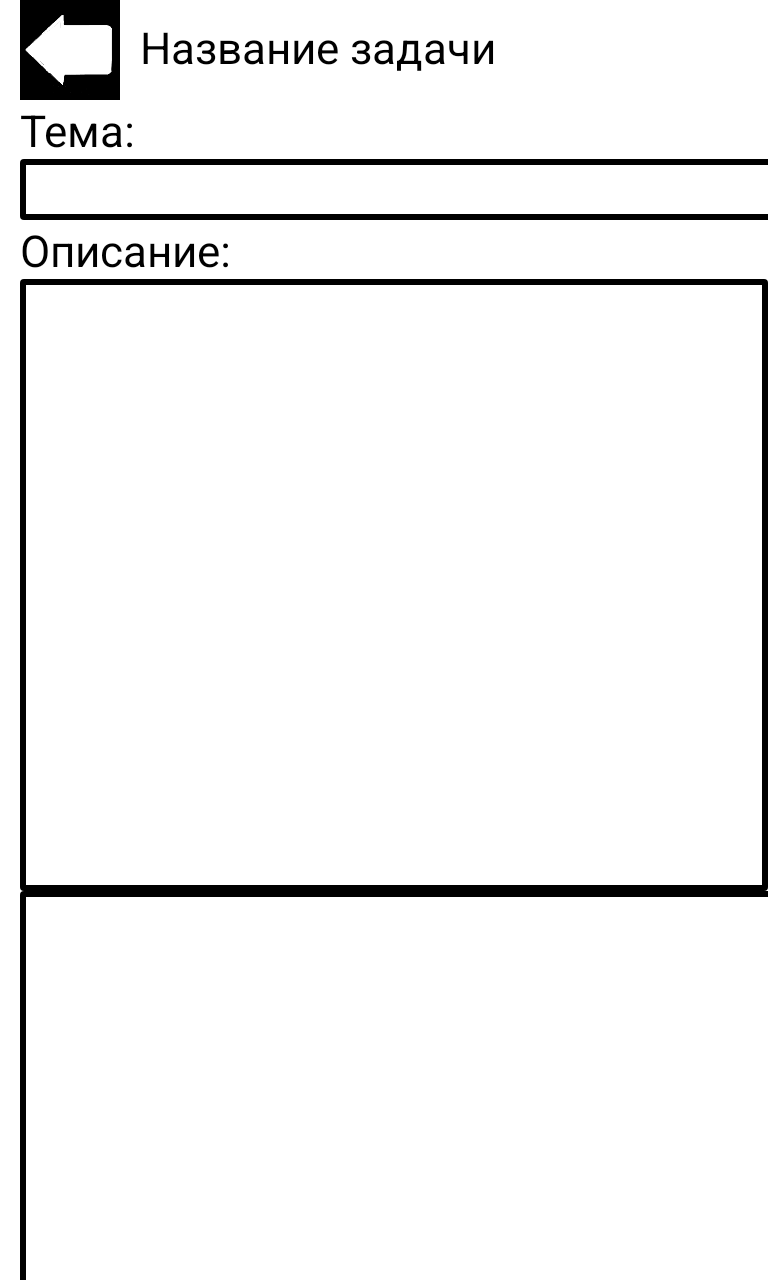
Repository: webguild/RedmineMobile
Layout: Android/RedmineAndroid/res/layout/project_add_task.xml
The author's editor kept a copy of each file at every save. The layout is drawn from the files as they stood at one save, then again after the next save.
It is drawn on a 768 x 1280 px phone screen (xhdpi) without system bars, with theme AppTheme; the app's code is not run. Lists and similar views that code fills are empty.

Above is the layout before, as saved 2013-01-18 10:16:49.

### Android/RedmineAndroid/res/layout/project_add_task.xml
<?xml version="1.0" encoding="utf-8"?>
<LinearLayout xmlns:android="http://schemas.android.com/apk/res/android"
    android:layout_width="match_parent"
    android:layout_height="match_parent"
    android:orientation="vertical"
    android:paddingLeft="10dp" >

    <LinearLayout
        android:layout_width="match_parent"
        android:layout_height="wrap_content" >

        <Button
            android:id="@+id/button1"
            android:layout_width="50dp"
            android:layout_height="50dp"
            android:background="@drawable/backbutton" />

        <TextView
            android:id="@+id/textView1"
            android:layout_width="wrap_content"
            android:layout_height="wrap_content"
            android:layout_marginLeft="10dp"
            android:text="Название задачи"
            android:textAppearance="?android:attr/textAppearanceLarge" />

    </LinearLayout>

    <TextView
        android:id="@+id/textView2"
        android:layout_width="wrap_content"
        android:layout_height="wrap_content"
        android:text="Тема:"
        android:textAppearance="?android:attr/textAppearanceLarge" />

    <LinearLayout
        android:layout_width="410dp"
        android:layout_height="wrap_content" >

        <LinearLayout
            android:layout_width="wrap_content"
            android:layout_height="match_parent"
            android:layout_weight="0.24"
            android:background="@drawable/customborder" >

            <EditText
                android:id="@+id/editText2"
                android:layout_width="197dp"
                android:layout_height="wrap_content"
                android:layout_weight="0.03"
                android:background="#fff" />

        </LinearLayout>

    </LinearLayout>

    <TextView
        android:id="@+id/textView3"
        android:layout_width="wrap_content"
        android:layout_height="wrap_content"
        android:text="Описание:"
        android:textAppearance="?android:attr/textAppearanceLarge" />

    <FrameLayout
        android:layout_width="wrap_content"
        android:layout_height="wrap_content"
        android:background="@drawable/customborder" >

        <EditText
            android:id="@+id/editText3"
            android:layout_width="400dp"
            android:layout_height="300dp"
            android:background="#fff"
            android:ems="10"
            android:gravity="top|left"
            android:inputType="textMultiLine" />

    </FrameLayout>

    <LinearLayout
        android:layout_width="400dp"
        android:layout_height="500dp"
        android:background="@drawable/customborder" >

        <ListView
            android:id="@+id/listView1"
            android:layout_width="match_parent"
            android:layout_height="500dp"
            android:background="#fff" >

        </ListView>

    </LinearLayout>

    <Button
        android:id="@+id/button2"
        android:layout_width="105dp"
        android:layout_height="50dp"
        android:layout_marginLeft="100dp"
        android:background="@drawable/darkgreybutton"
        android:text="Сохранить"
        android:textColor="#fff" />

</LinearLayout>

### Android/RedmineAndroid/res/drawable/customborder.xml
<?xml version="1.0" encoding="utf-8"?>
<shape xmlns:android="http://schemas.android.com/apk/res/android"
    android:shape="rectangle" >
   <corners android:radius="2dp"/>
   <padding android:left="3dp" android:right="3dp" android:top="3dp" android:bottom="3dp"/>
   <solid android:color="#000000"/>


</shape>

Loaded but not shown: Android/RedmineAndroid/res/values/styles.xml (common file); Android/RedmineAndroid/res/values-v11/styles.xml (common file)

After the next save:
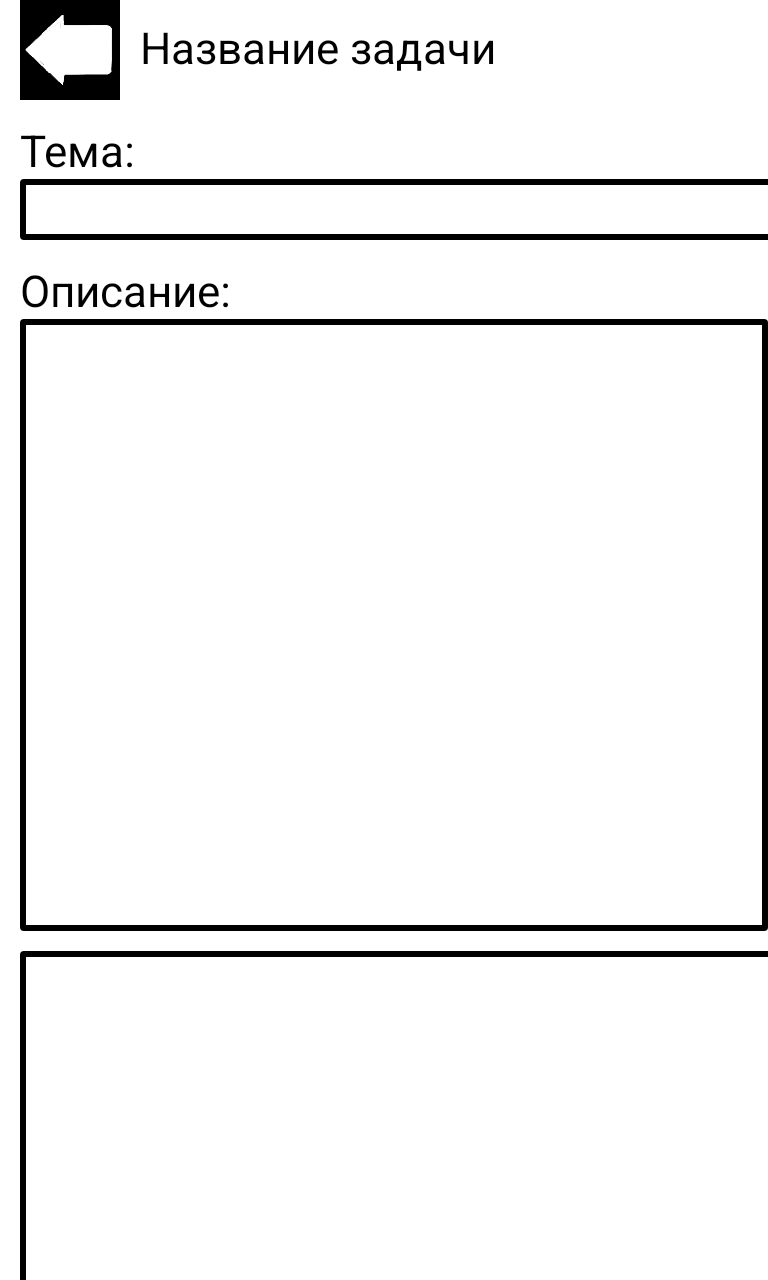
Saved 87 s later.
--- a/Android/RedmineAndroid/res/layout/project_add_task.xml
+++ b/Android/RedmineAndroid/res/layout/project_add_task.xml
@@ -29,6 +29,7 @@
         android:id="@+id/textView2"
         android:layout_width="wrap_content"
         android:layout_height="wrap_content"
+        android:layout_marginTop="10dp"
         android:text="Тема:"
         android:textAppearance="?android:attr/textAppearanceLarge" />
 
@@ -57,6 +58,7 @@
         android:id="@+id/textView3"
         android:layout_width="wrap_content"
         android:layout_height="wrap_content"
+        android:layout_marginTop="10dp"
         android:text="Описание:"
         android:textAppearance="?android:attr/textAppearanceLarge" />
 
@@ -79,6 +81,7 @@
     <LinearLayout
         android:layout_width="400dp"
         android:layout_height="500dp"
+        android:layout_marginTop="10dp"
         android:background="@drawable/customborder" >
 
         <ListView
@@ -96,6 +99,7 @@
         android:layout_width="105dp"
         android:layout_height="50dp"
         android:layout_marginLeft="100dp"
+        android:layout_marginTop="10dp"
         android:background="@drawable/darkgreybutton"
         android:text="Сохранить"
         android:textColor="#fff" />
